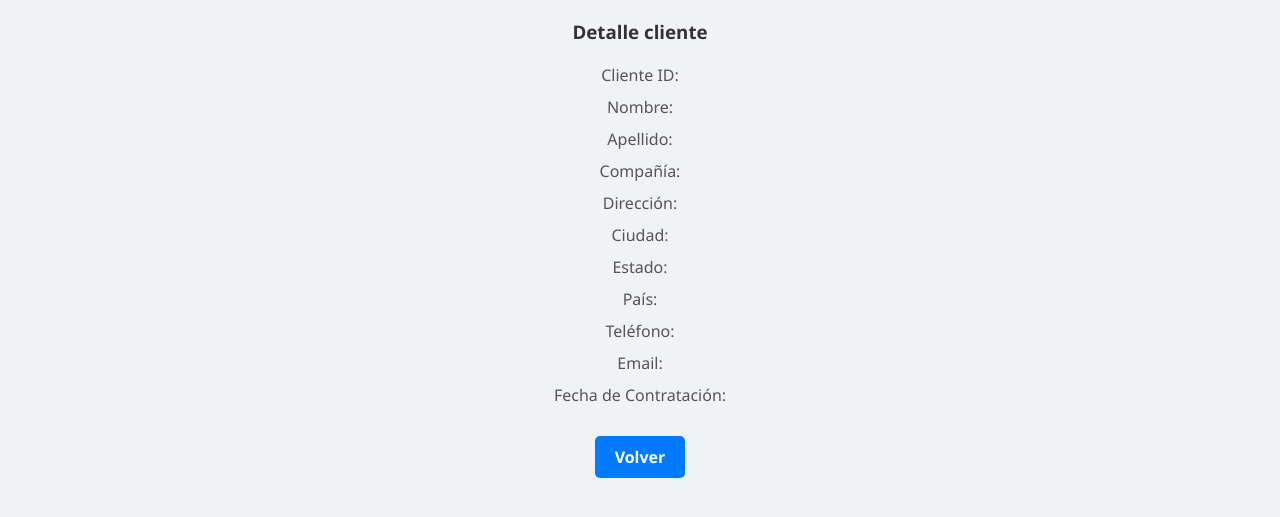
Repository: ANGELEDU141/EXAMEN-PROFE-RAUL
Page: http://localhost/demo/WEB-INF/views/Customer/detalle.jsp
The author's editor kept a copy of each file at every save. The page is drawn from the files as they stood at one save, then again after the next save.
The browser window is 1280 px wide. The pictures show the whole page.
The page is served by Tomcat 9. Nobody is signed in. Other server files are loaded and not shown. The template is opened directly, without the code that normally fills it, so the values that code supplies are empty.

Above is the page before, as saved 2024-09-26 02:46:34.

### demo/src/main/webapp/WEB-INF/views/Customer/detalle.jsp
<%@ page language="java" contentType="text/html; charset=UTF-8"
    pageEncoding="UTF-8"%>
<!DOCTYPE html>
<html>
<head>
<meta charset="UTF-8">
<title>Detalle Cliente</title>

<style type="text/css">

body {
    font-family: 'Segoe UI', Tahoma, Geneva, Verdana, sans-serif;
    background-color: #f0f2f5;
    margin: 0;
    padding: 0;
}

.container {
    width: 80%;
    margin: 20px auto;
    padding: 20px;
    background-color: #fff;
    box-shadow: 0 4px 8px rgba(0, 0, 0, 0.1);
    border-radius: 10px;
}

h3 {
    color: #333;
    margin-bottom: 20px;
}

p {
    margin: 10px 0;
    font-size: 16px;
    color: #555;
}

a {
    display: inline-block;
    margin-top: 20px;
    padding: 10px 20px;
    border: none;
    border-radius: 5px;
    background-color: #007BFF;
    color: white;
    font-weight: bold;
    text-decoration: none;
    transition: background-color 0.3s;
}

a:hover {
    background-color: #0056b3;
}

a:active {
    background-color: #003d80;
}
</style>
</head>
<body>

<div style="text-align: center;">
    <h3>Detalle cliente</h3>

    <p>Cliente ID: ${customer.customerId}</p>
    <p>Nombre: ${customer.firstName}</p>
    <p>Apellido: ${customer.lastName}</p>
    <p>Compañía: ${customer.company}</p>
    <p>Dirección: ${customer.address}</p>
    <p>Ciudad: ${customer.city}</p>
    <p>Estado: ${customer.state}</p>
    <p>País: ${customer.country}</p>
    <p>Teléfono: ${customer.phone}</p>
    <p>Email: ${customer.email}</p>
    <p>Fecha de Contratación: ${customer.hireDate}</p>

    <a href="/senati/customer/listar">Volver</a>
</div>

</body>
</html>

After the next save:
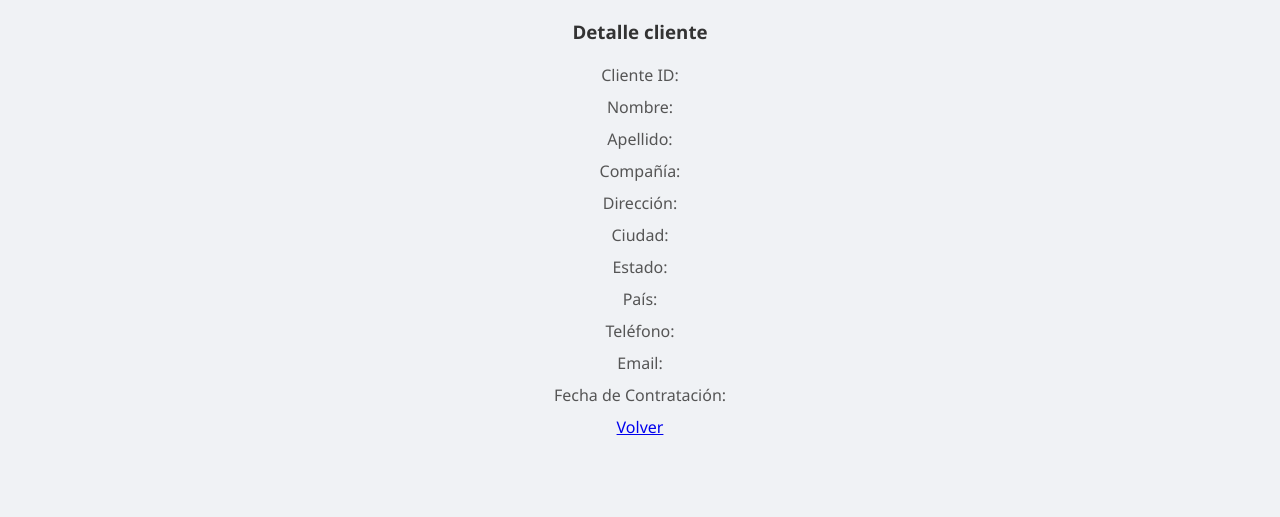
Saved 7 s later.
--- a/demo/src/main/webapp/WEB-INF/views/Customer/detalle.jsp
+++ b/demo/src/main/webapp/WEB-INF/views/Customer/detalle.jsp
@@ -35,26 +35,8 @@ p {
     color: #555;
 }
 
-a {
-    display: inline-block;
-    margin-top: 20px;
-    padding: 10px 20px;
-    border: none;
-    border-radius: 5px;
-    background-color: #007BFF;
-    color: white;
-    font-weight: bold;
-    text-decoration: none;
-    transition: background-color 0.3s;
-}
 
-a:hover {
-    background-color: #0056b3;
-}
 
-a:active {
-    background-color: #003d80;
-}
 </style>
 </head>
 <body>
